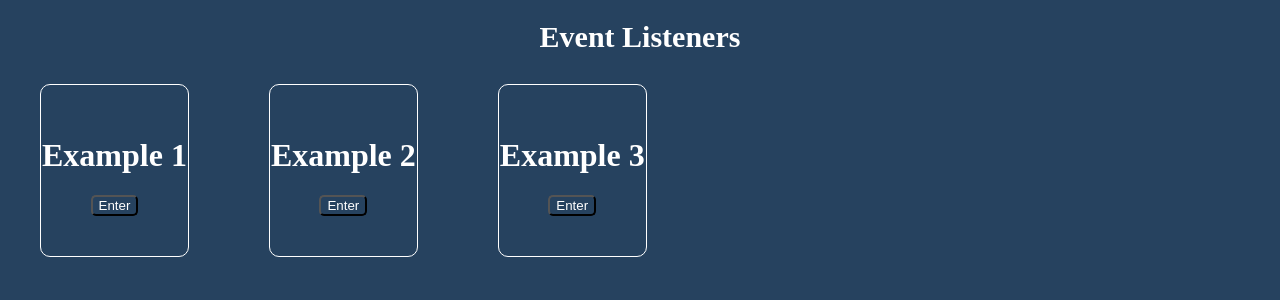
Repository: wakoya-tech/react-project
Page: Desktop/shaakala/ebo/index.html
The author's editor kept a copy of each file at every save. The page is drawn from the files as they stood at one save, then again after the next save.
The browser window is 1280 px wide. The pictures show the whole page.

Above is the page before, as saved 2025-08-29 10:17:35.

### Desktop/shaakala/ebo/index.html
<!DOCTYPE html>
<html lang="en">
<head>
    <meta charset="UTF-8">
    <meta name="viewport" content="width=device-width, initial-scale=1.0">
    <title>Event Listeners</title>
</head>
<style>
    *{
        box-sizing: border-box;
    }
    body{
  background-color: rgb(38, 66, 95);
  margin: 0;
  padding: 0;
    }
    #main-heading {
        font-size: 30px;
     text-align: center;
     align-items: center;
     color: white;
    }
    .container{
        display: flex;

    }
.boxes{
    font-size: medium;
    border: 1px solid white;
    padding: 30px 1px 40px 1px;
    margin: 10px 40px 10px 40px;
    border-radius: 10px;
    color: white;
    justify-content: center;
    align-items: center;
    text-align: center;

}
button{
    justify-content: center;
    background-color: rgb(38, 66, 95);
    color: white;
    border-radius: 5px;
}
</style>
<body>
    <h1 id="main-heading">Event Listeners</h1>
<div class="container">
    <div class="boxes box-1">
     <h1 id="heading">Example 1</h1>
    <button>Enter</button>
    </div>
<div class="boxes box-2">
    <h1 id="heading">Example 2</h1>
    <button class="btn-2">Enter</button>
</div>
<div class="boxes box-3">
    <h1 id="heading">Example 3</h1>
    <button class="btn-3">Enter</button>
</div>
</div>
<script src="../ebo/script.js"></script>
</body>
</html>

Loaded but not shown: Desktop/shaakala/ebo/script.js (no stored copy; drawn as an empty file)

After the next save:
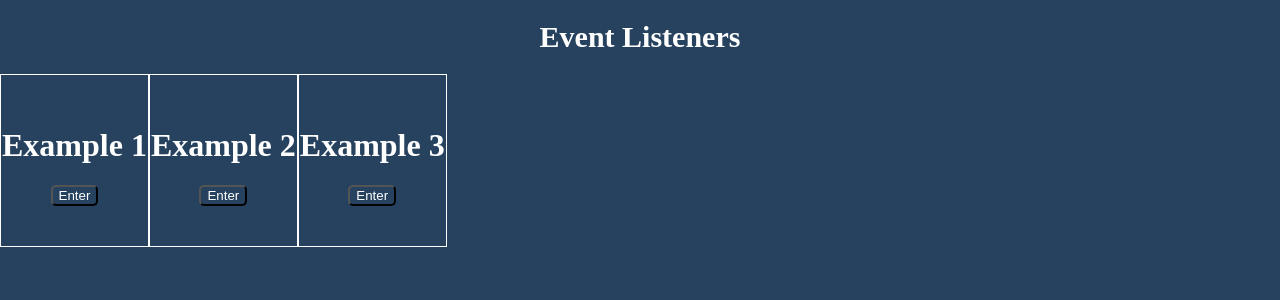
Saved 30 s later.
--- a/Desktop/shaakala/ebo/index.html
+++ b/Desktop/shaakala/ebo/index.html
@@ -28,7 +28,8 @@
     font-size: medium;
     border: 1px solid white;
     padding: 30px 1px 40px 1px;
-    margin: 10px 40px 10px 40px;
+    /*margin: 10px 40px 10px 40px;*/
+    margin: 30%
     border-radius: 10px;
     color: white;
     justify-content: center;
